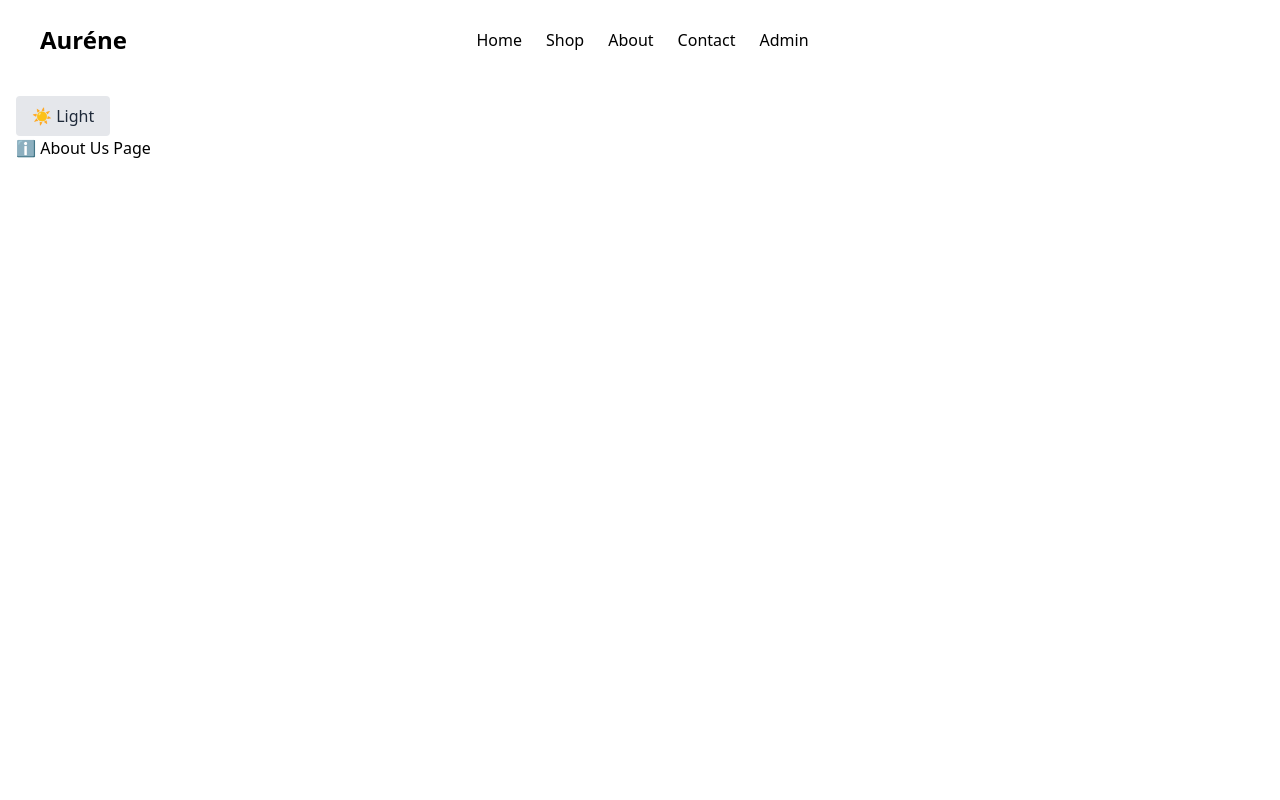
Repository: oehab30/Aur-ne-e-commerce-
Page: /about
These files come from the project's save history. The page is drawn as it stood at one moment and after the next save; the edit follows.
The browser window is 1280 px wide. The pictures show the whole page.
The project was rebuilt for these pictures with package versions that can differ from the ones it lists, and the page was loaded fresh each time. Also part of the build but not shown: src/components/home-page/Hero.tsx, src/components/home-page/Hotoffers.tsx, src/components/home-page/Dontmiss.tsx, src/pages/Home.tsx, src/pages/Shop.tsx, src/pages/cart.tsx, src/pages/Profile.tsx, src/pages/Contact.tsx and 1 more.

Above is the page before, as saved 2025-11-24 14:51:49.

### index.html
<!doctype html>
<html lang="en">
  <head>
    <meta charset="UTF-8" />
    <link rel="icon" type="image/svg+xml" href="/vite.svg" />
    <meta name="viewport" content="width=device-width, initial-scale=1.0" />
<link
  href="https://fonts.googleapis.com/css2?family=Playfair+Display:wght@400;500;600;700&display=swap"
  rel="stylesheet"
/>

    <title>vite-project</title>
  </head>
  <body>
    <div id="root"></div>
    <script type="module" src="/src/main.tsx"></script>
  </body>
</html>

### src/main.tsx
// main.tsx
import "./assets/styles/Modules.css";
import React from "react";
import ReactDOM from "react-dom/client";
import Routes from "./Routes/Routes"; // this is your router setup

ReactDOM.createRoot(document.getElementById("root")!).render(
  <React.StrictMode>
    <Routes />
  </React.StrictMode>
)

### src/assets/styles/Modules.css
@import url('https://fonts.googleapis.com/css2?family=Playfair+Display:wght@400;500;600;700&display=swap');

@import "tailwindcss";


@custom-variant dark (&:where(.dark, .dark *));

:root {
  --primary: #dec369;
  --buttons: #d5ae37;
}

### src/Routes/Routes.tsx
// Routes.tsx
import React from "react";
import { createBrowserRouter, RouterProvider } from "react-router";
import Layout from "../components/common/layout";
import Home from "../pages/Home";
import Shop from "../pages/Shop";
import Cart from "../pages/cart";
import Profile from "../pages/Profile";
import About from "../pages/About";
import Contact from "../pages/Contact";
import Error from "../pages/Error";
const router = createBrowserRouter([
  {
    element: <Layout />,
    children: [
      { path: "/", element: <Home /> },
      { path: "/Shop/:category", element: <Shop /> },
      { path: "/cart", element: <Cart /> },
      { path: "/about", element: <About /> },
      { path: "/contact", element: <Contact /> },
      { path: "/Profile", element: <Profile /> },
    ],
  },
 { path: "*", element: <Error/> },
]);

function Routes() {
  return <RouterProvider router={router} />;
}

export default Routes;

### src/components/common/layout.tsx
// Layout.tsx
import React from "react";
import Navbar from "./Navbar";
import { Outlet } from "react-router-dom";

function Layout() {
  return (
    <>
      <Navbar />          {/* Always visible */}
      <main className="min-h-screen p-4">
        <Outlet />        {/* 👈 Page content changes here */}
      </main>
    </>
  );
}

export default Layout;

### src/pages/About.tsx
import React from 'react'
import Darkmode from "../components/common/darkmode"
function About() {
  return(
   <>
<Darkmode/>

   <h2 className='font-[Playfair Display]'>ℹ️ About Us Page </h2>
  </>
  )
}

export default About

### src/components/common/navbar.tsx
import React, { useState } from "react";
import { Link } from "react-router-dom";


function Navbar() {
  const [menuOpen, setMenuOpen] = useState(false);

  return (
    <nav className="flex justify-between items-center px-6 md:px-10 h-16 md:h-20 max-w-[1280px] mx-auto">
      {/* Logo */}
      <Link to="/" className="flex items-center">
      <h1 className="text-2xl font-semibold font-[Playfair Display]">Auréne</h1>
      </Link>

      {/* Desktop Menu */}
   <ul className="hidden md:flex gap-6 font-medium  ]">
  <li><Link to="/" className="hover:text-[var(primary)] ">Home</Link></li>
  <li><Link to="/Shop/:category" className="hover:text-[var(primary)] transition">Shop</Link></li>
  <li><Link to="/about" className="hover:text-[var(primary)] transition">About</Link></li>
  <li><Link to="/contact" className="hover:text-[var()] transition">Contact</Link></li>
  <li>  <Link to="/admin" className="hover:text-[var(--primary)] duration-400">Admin</Link></li>
</ul>

      {/* Login button */}
      <button className="hidden md:block bg-[var(--red)] text-white px-5 py-2 h-8 rounded">
        Login
      </button>

      {/* Mobile menu icon */}
      <button
        onClick={() => setMenuOpen(!menuOpen)}
        className="md:hidden text-3xl text-[var(--gray)] "
      >
        ☰
      </button>

      {/* Mobile dropdown */}
      {menuOpen && (
        <ul className="absolute top-16 left-[-2.2rem] w-full bg-white shadow-md flex flex-col items-center gap-4 py-6 md:hidden font-medium text-[var(--gray)] z-50 " >
          <li><Link to="/" onClick={() => setMenuOpen(false)}>Home</Link></li>
          <li><Link to="/menu" onClick={() => setMenuOpen(false)}>Menu</Link></li>
          <li><Link to="/admin" onClick={() => setMenuOpen(false)}>admin</Link></li>
          <li><Link to="/about" onClick={() => setMenuOpen(false)}>About</Link></li>
          <li><Link to="/contact" onClick={() => setMenuOpen(false)}>Contact</Link></li>
          <button className="bg-[var(--red)] text-white px-5 py-2 rounded">Login</button>
        </ul>
      )}
    </nav>
  );
}

export default Navbar;

### src/components/common/darkmode.tsx
import React, { useState } from "react";

const DarkModeToggle = () => {
  const [darkMode, setDarkMode] = useState(false);

  const toggleDarkMode = () => {
    setDarkMode(!darkMode);
  };

  return (
    <button
      onClick={toggleDarkMode}
      className="px-4 py-2 rounded bg-gray-200 dark:bg-gray-700 text-gray-800 dark:text-gray-200"
    >
      {darkMode ? "🌙 Dark" : "☀️ Light"}
    </button>
  );
};

export default DarkModeToggle;

After the next save:
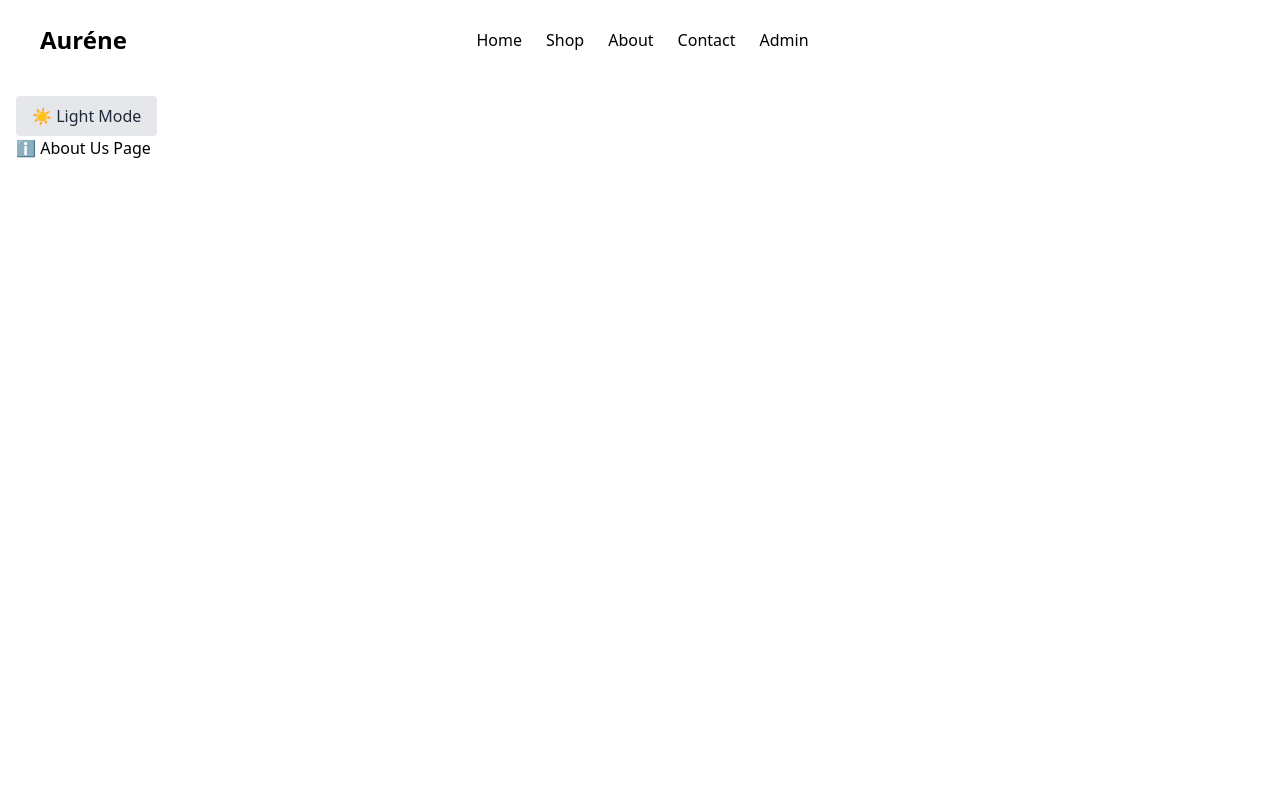
Saved 91 s later.
--- a/src/components/common/darkmode.tsx
+++ b/src/components/common/darkmode.tsx
@@ -1,20 +1,37 @@
-import React, { useState } from "react";
+import React, { useState, useEffect } from "react";
 
-const DarkModeToggle = () => {
+const DarkModeButton: React.FC = () => {
   const [darkMode, setDarkMode] = useState(false);
+
+  // Optional: load saved mode from localStorage
+  useEffect(() => {
+    const savedMode = localStorage.getItem("dark-mode");
+    if (savedMode === "true") {
+      setDarkMode(true);
+      document.documentElement.classList.add("dark");
+    }
+  }, []);
 
   const toggleDarkMode = () => {
     setDarkMode(!darkMode);
+
+    if (!darkMode) {
+      document.documentElement.classList.add("dark");
+      localStorage.setItem("dark-mode", "true");
+    } else {
+      document.documentElement.classList.remove("dark");
+      localStorage.setItem("dark-mode", "false");
+    }
   };
 
   return (
     <button
       onClick={toggleDarkMode}
-      className="px-4 py-2 rounded bg-gray-200 dark:bg-gray-700 text-gray-800 dark:text-gray-200"
+      className="px-4 py-2 rounded bg-gray-200 dark:bg-gray-700 text-gray-800 dark:text-gray-200 transition"
     >
-      {darkMode ? "🌙 Dark" : "☀️ Light"}
+      {darkMode ? "🌙 Dark Mode" : "☀️ Light Mode"}
     </button>
   );
 };
 
-export default DarkModeToggle;
+export default DarkModeButton;
